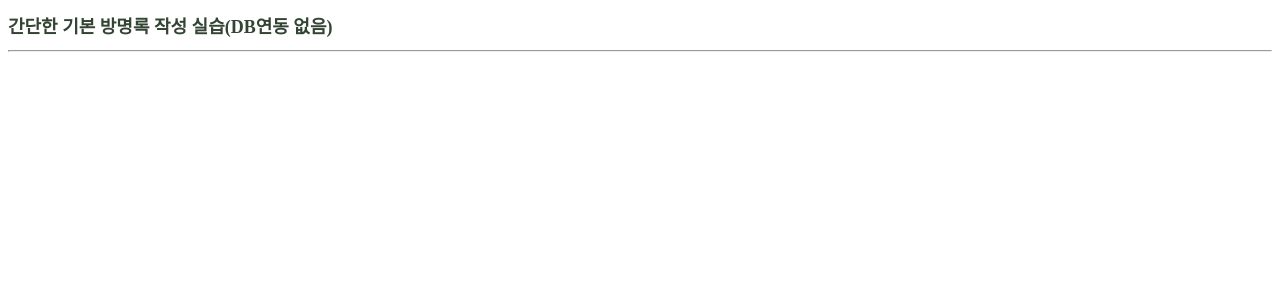
Repository: hyyrim/WebStudy
Page: http://localhost/WebApp17/Guest.jsp
An editor plug-in stored every save of this project. The page is shown before and after the next save, followed by the edit.
The browser window is 1280 px wide. The pictures show the whole page.
The page is served by Tomcat 9.

Above is the page before, as saved 2021-05-20 05:42:26.

After the next save:
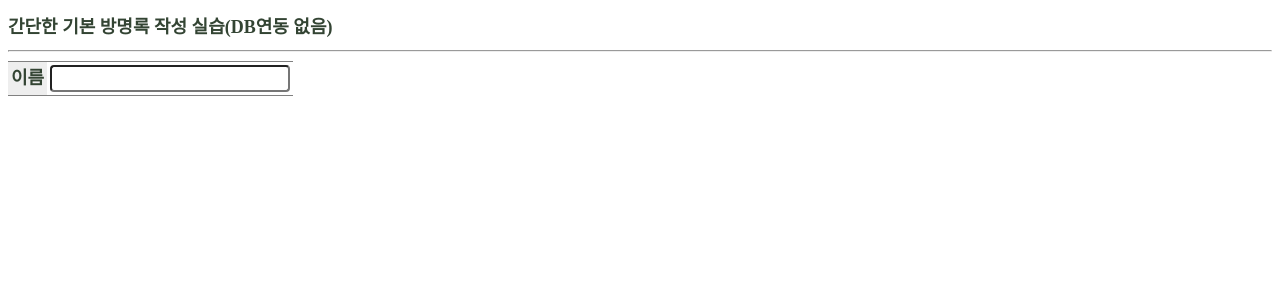
Saved 31 s later.
--- a/WebApp17/WebContent/Guest.jsp
+++ b/WebApp17/WebContent/Guest.jsp
@@ -16,6 +16,14 @@
 
 <div>
 	<form action="Guest_ok.jsp" method="post" name="myForm">
+		<table class="table">
+			<tr>
+				<th>이름</th>
+				<td>
+					<input type="text" name="userName">
+				</td>
+			</tr>
+		</table>
 	</form>
 </div>
 
